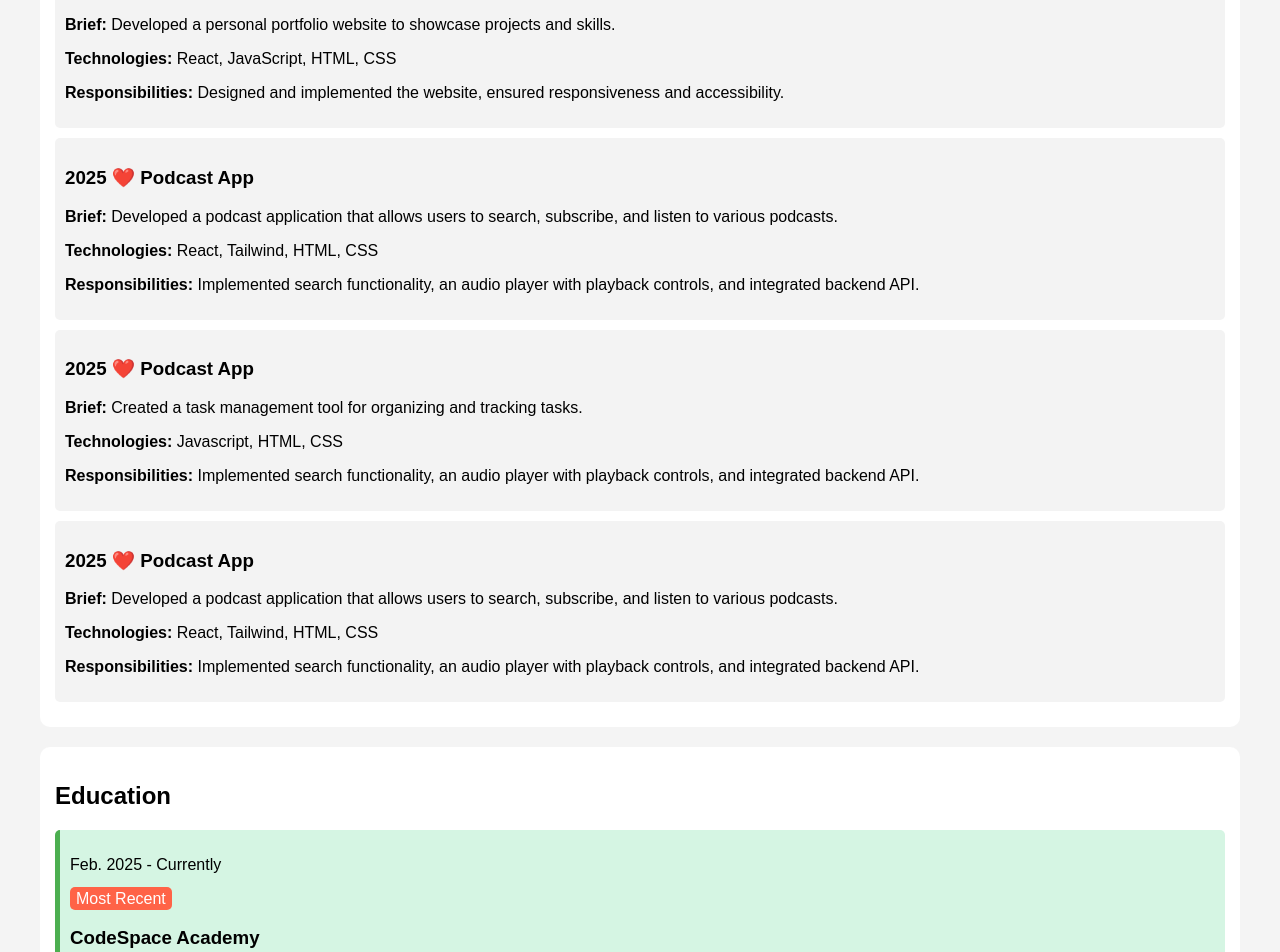
Repository: andajonas/ANDJON25111_fto2502_A2_AndaJonas_SDF_Portfolio_Piece
Page: index.html
The author's editor kept a copy of each file at every save. The page is drawn from the files as they stood at one save, then again after a run of saves.
The browser window is 1280 px wide. The pictures show the part of the page from y = 706 to 1658 px (the page is 3128 px tall).
A picture or video elsewhere on the page could not be fetched, so the positions and the page height are approximate.

Above is the page before, as saved 2025-04-03 18:23:25.

After the next 3 saves:
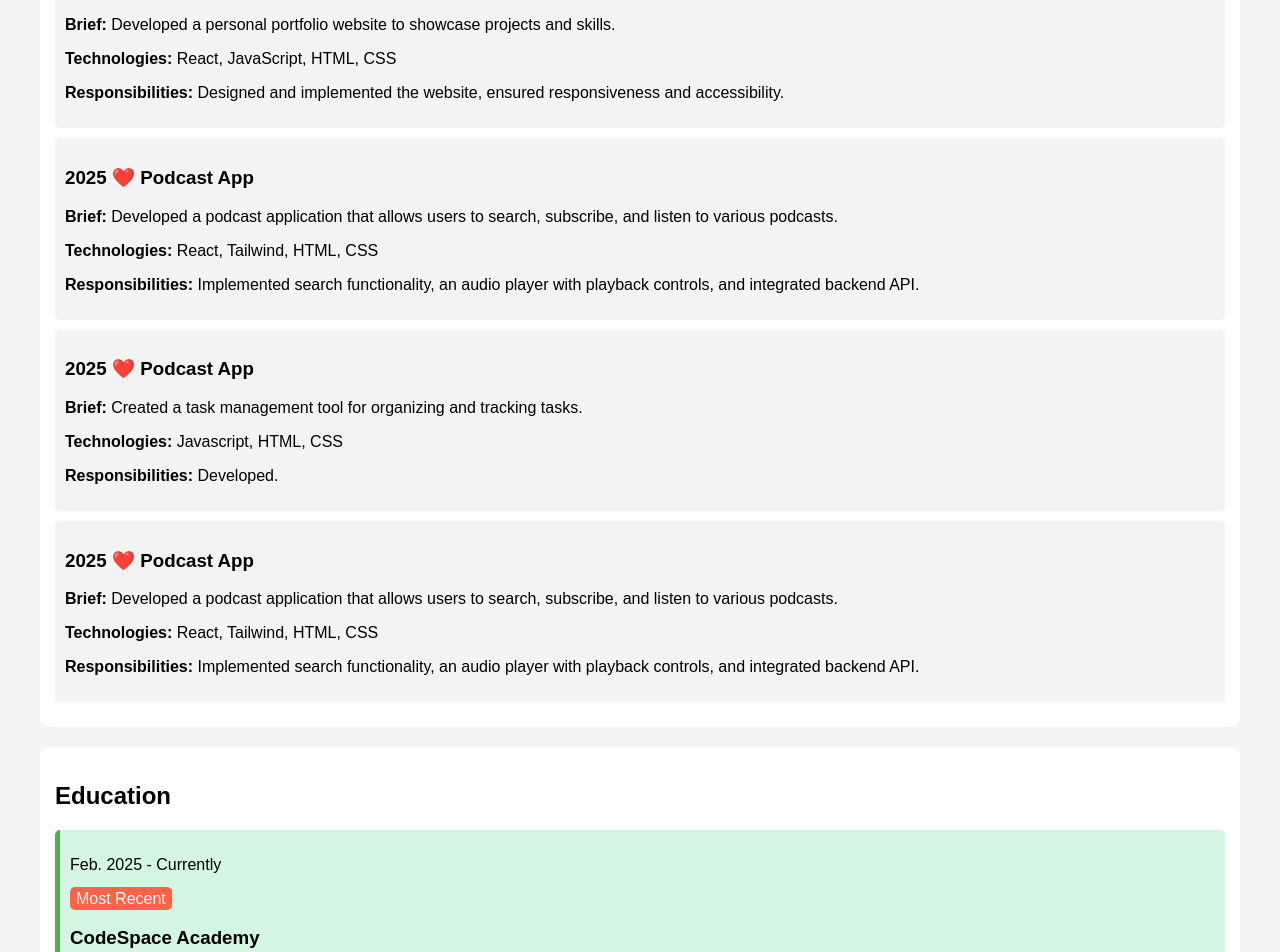
The 3 saves are shown as one change because they came seconds apart.
The last was saved 17 s later.
--- a/index.html
+++ b/index.html
@@ -66,7 +66,7 @@
             <h3>2025 ❤️ Podcast App</h3>
             <p><strong>Brief:</strong> Created a task management tool for organizing and tracking tasks.</p>
             <p><strong>Technologies:</strong> Javascript, HTML, CSS</p>
-            <p><strong>Responsibilities:</strong> Implemented search functionality, an audio player with playback controls, and integrated backend API.</p>
+            <p><strong>Responsibilities:</strong> Developed.</p>
         </div>
 
         <div class="project-card">
